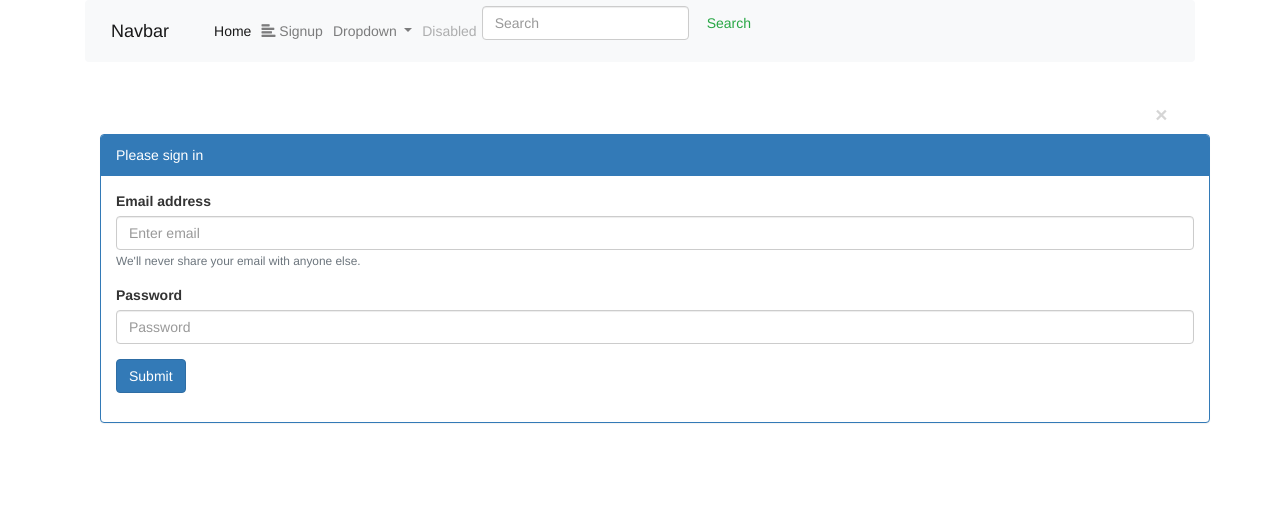
Repository: andrehsg/Spring-test
Page: http://localhost/np-spring5-tutorial/WEB-INF/views/jsp/login.jsp
The author's editor kept a copy of each file at every save. The page is drawn from the files as they stood at one save, then again after the next save.
The browser window is 1280 px wide. The pictures show the whole page.
Some web libraries are served in a nearby version. The page is served by Tomcat 9. Nobody is signed in. The template is opened directly, without the code that normally fills it, so the values that code supplies are empty.

Above is the page before, as saved 2019-02-10 12:06:09.

After the next save:
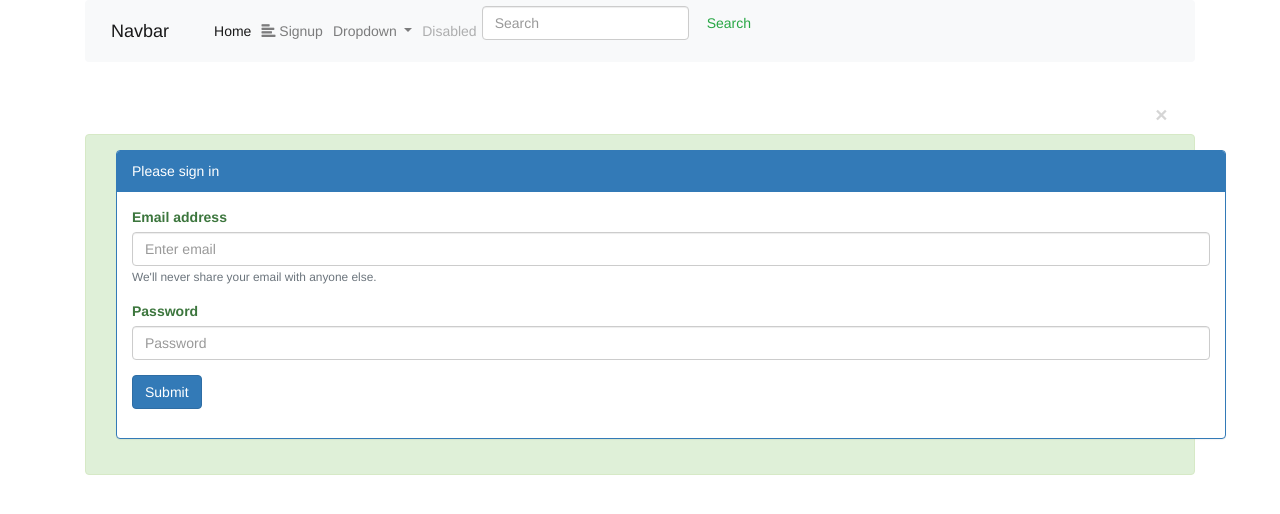
Saved 43 s later.
--- a/np-spring5-tutorial/src/main/webapp/WEB-INF/views/jsp/login.jsp
+++ b/np-spring5-tutorial/src/main/webapp/WEB-INF/views/jsp/login.jsp
@@ -5,8 +5,9 @@
 <%@ taglib prefix="form" uri="http://www.springframework.org/tags/form" %>
 
 <c:if test="${param.logout != null}">
-
-
+	<div class="alert alert-success"
+		You have been signed out!
+	</div>
 </c:if>
 
 <div class="container">
